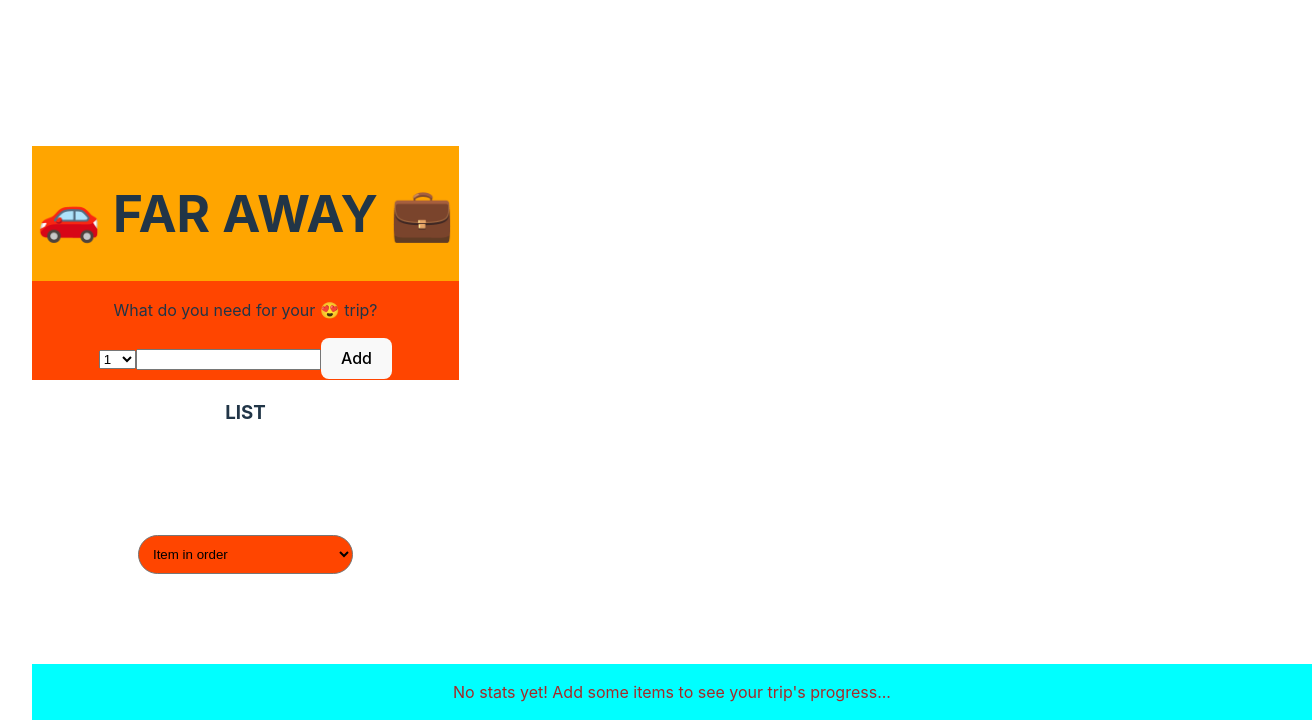
Repository: Celebration-cloud/Trip-Add-To-List
Page: /
These files come from the project's save history. The page is drawn as it stood at one moment and after a run of saves; the edit follows.
The browser window is 1280 px wide. The page is 1312 px wide, then 1280 px, so the pictures cover 1312 px, including what lies to the right of the window. The pictures show the whole page.
The project was rebuilt for these pictures with package versions that can differ from the ones it lists, and the page was loaded fresh each time. Also part of the build but not shown: vite.config.js.

Above is the page before, as saved 2023-10-29 16:02:40.

After the next 2 saves:
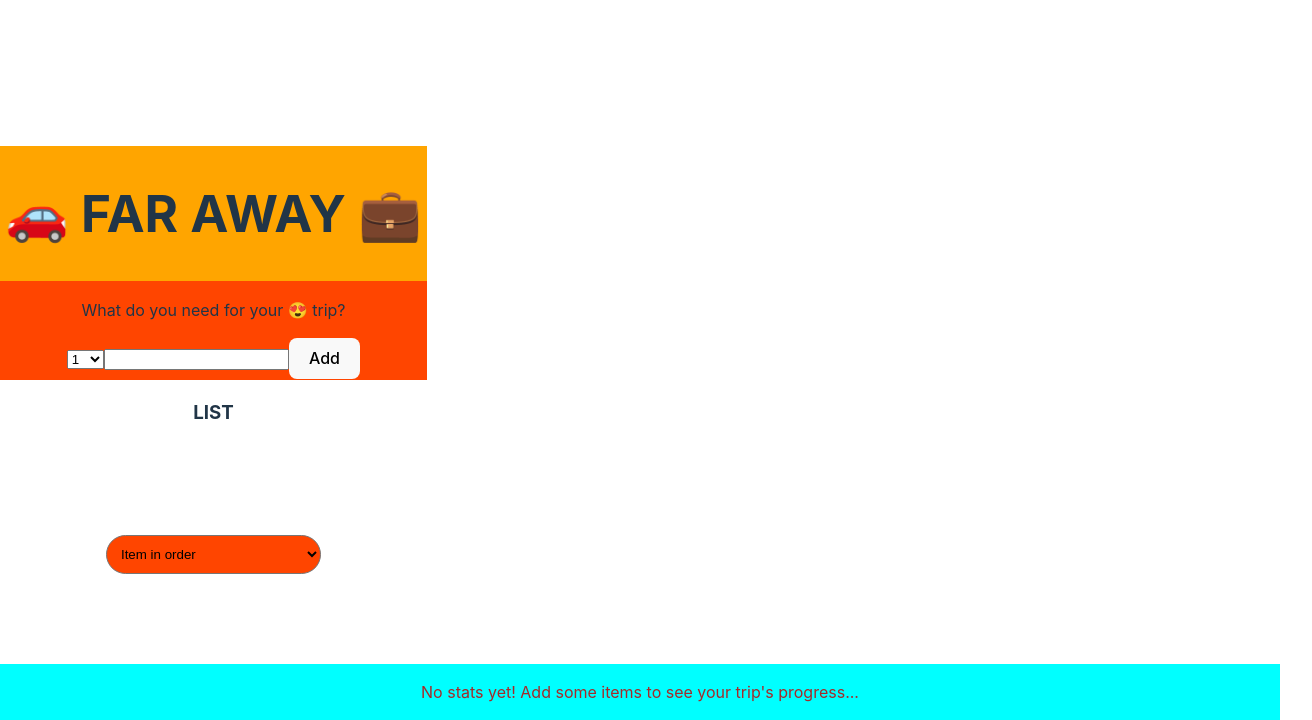
The 2 saves are shown as one change because they came seconds apart.
The last was saved 8 s later.
--- a/src/App.css
+++ b/src/App.css
@@ -1,6 +1,6 @@
 #root {
   margin: 0;
-  padding: 2rem;
+  padding: 0;
   text-align: center;
 }
 
